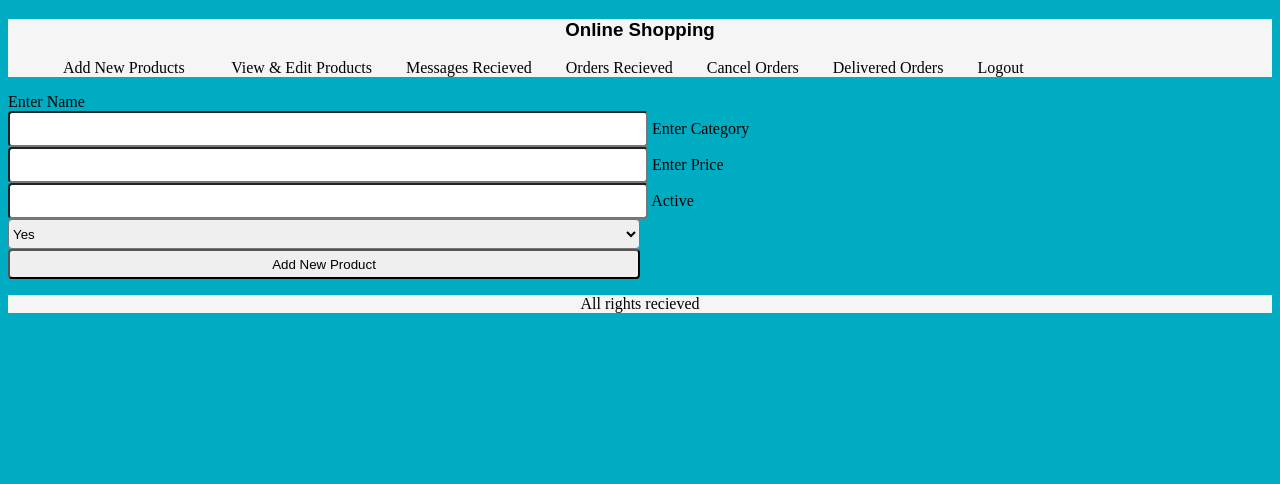
Repository: NidhiDaniel/E-Cart
Page: http://localhost/Online-Shopping-Cart/admin/addproduct.jsp
The author's editor kept a copy of each file at every save. The page is drawn from the files as they stood at one save, then again after the next save.
The browser window is 1280 px wide. The pictures show the whole page.
The page is served by Tomcat 9. Other server files are loaded and not shown.

Above is the page before, as saved 2024-01-05 12:10:19.

### Online-Shopping-Cart/src/main/webapp/admin/addproduct.jsp
<%@ page language="java" contentType="text/html; charset=ISO-8859-1"
	pageEncoding="ISO-8859-1"%>
<%@include file="adminheader.jsp"%>
<!DOCTYPE html>
<html>
<head>
<meta charset="ISO-8859-1">
<title>Insert title here</title>
<link rel="stylesheet" type="text/css" href="../css/admin-product.css">
</head>
<body>
	<div class="product-container">
		<div class="product-form">
		    <form action="" method="post">
			<label>Enter Name</label><br>
			<input type="text" name="name">
			<label>Enter Category</label><br>
			<input type="text" name="category">
			<label>Enter Price</label><br>
			<input type="text" name="price">
			<label>Active</label><br>
			<select name="active">
				<option>Yes</option>
				<option>No</option>
			</select><br>
			<input type="submit" value="Add New Product">
			</form>
		</div>
	</div>
</body>
</html>
<%@include file="../footer.jsp"%>

### Online-Shopping-Cart/src/main/webapp/admin/adminheader.jsp
<%@ page language="java" contentType="text/html; charset=ISO-8859-1"
	pageEncoding="ISO-8859-1"%>
<!DOCTYPE html>
<html>
<head>
<meta charset="ISO-8859-1">
<title>Insert title here</title>
<link rel="stylesheet" type="text/css" href="../css/header.css">
<link rel="stylesheet" href="https://cdnjs.cloudflare.com/ajax/libs/font-awesome/4.7.0/css/font-awesome.min.css">
<script type="text/javascript" src="https://kit/fontawesome.com/a076d05399.js"></script>
</head>
<body>
	<div class="header sticky">
	   <h3>Online Shopping</h3>
		<ul>
			<li><a href="addproduct.jsp"> Add New Products</a><i class="fas fa-plus-square"></i></li>
			<li><a href="#"> View & Edit Products</a></li>
			<li><a href="#"> Messages Recieved</a></li>
			<li><a href="#"> Orders Recieved</a></li>
			<li><a href="#"> Cancel Orders</a></li>
			<li><a href="#"> Delivered Orders</a></li>
			<li><a href="#"> Logout</a></li>
		</ul>

	</div>
</body>
</html>

### Online-Shopping-Cart/src/main/webapp/footer.jsp
<%@ page language="java" contentType="text/html; charset=ISO-8859-1"
    pageEncoding="ISO-8859-1"%>
<!DOCTYPE html>
<html>
<head>
<meta charset="ISO-8859-1">
<title>Insert title here</title>
<link rel="stylesheet" type="text/css" href="../css/footer.css">
</head>
<body>
<div class="footer">
<p>All rights recieved</p>
</div>
</body>
</html>

### Online-Shopping-Cart/src/main/webapp/css/header.css
@charset "ISO-8859-1";
body{
	background: #00ACC1;
}
.header{
	width: auto;
	height:auto;
	background: #f5f5f5;
}
.header ul li{
	list-style: none;
	display: inline-block;

}
.header h3{
	text-align: center;
	font-family: sans-serif;
	font-weight: 900;
}
.header ul li a{
	margin: 15px;
    text-decoration: none;
    color: black;
    font-weight: 500;
}

### Online-Shopping-Cart/src/main/webapp/css/admin-product.css
@charset "ISO-8859-1";
.product-container{
	width:100%;
}
.product-form input,select{
	width:50%;
	height: 30px;
	border-radius:4px;
}

### Online-Shopping-Cart/src/main/webapp/css/footer.css
@charset "ISO-8859-1";
.footer{
	background: #f5f5f5;
}
.footer p{
text-align: center;
}

After the next save:
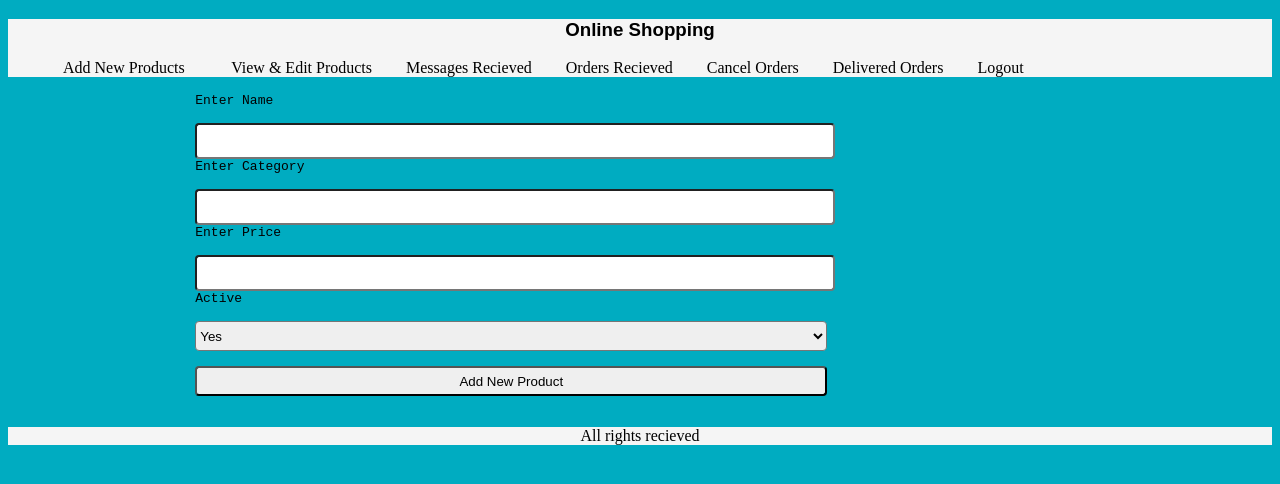
Saved 112 s later.
--- a/Online-Shopping-Cart/src/main/webapp/admin/addproduct.jsp
+++ b/Online-Shopping-Cart/src/main/webapp/admin/addproduct.jsp
@@ -12,6 +12,7 @@
 	<div class="product-container">
 		<div class="product-form">
 		    <form action="" method="post">
+		    <pre>
 			<label>Enter Name</label><br>
 			<input type="text" name="name">
 			<label>Enter Category</label><br>
@@ -24,6 +25,7 @@
 				<option>No</option>
 			</select><br>
 			<input type="submit" value="Add New Product">
+			</pre>
 			</form>
 		</div>
 	</div>
